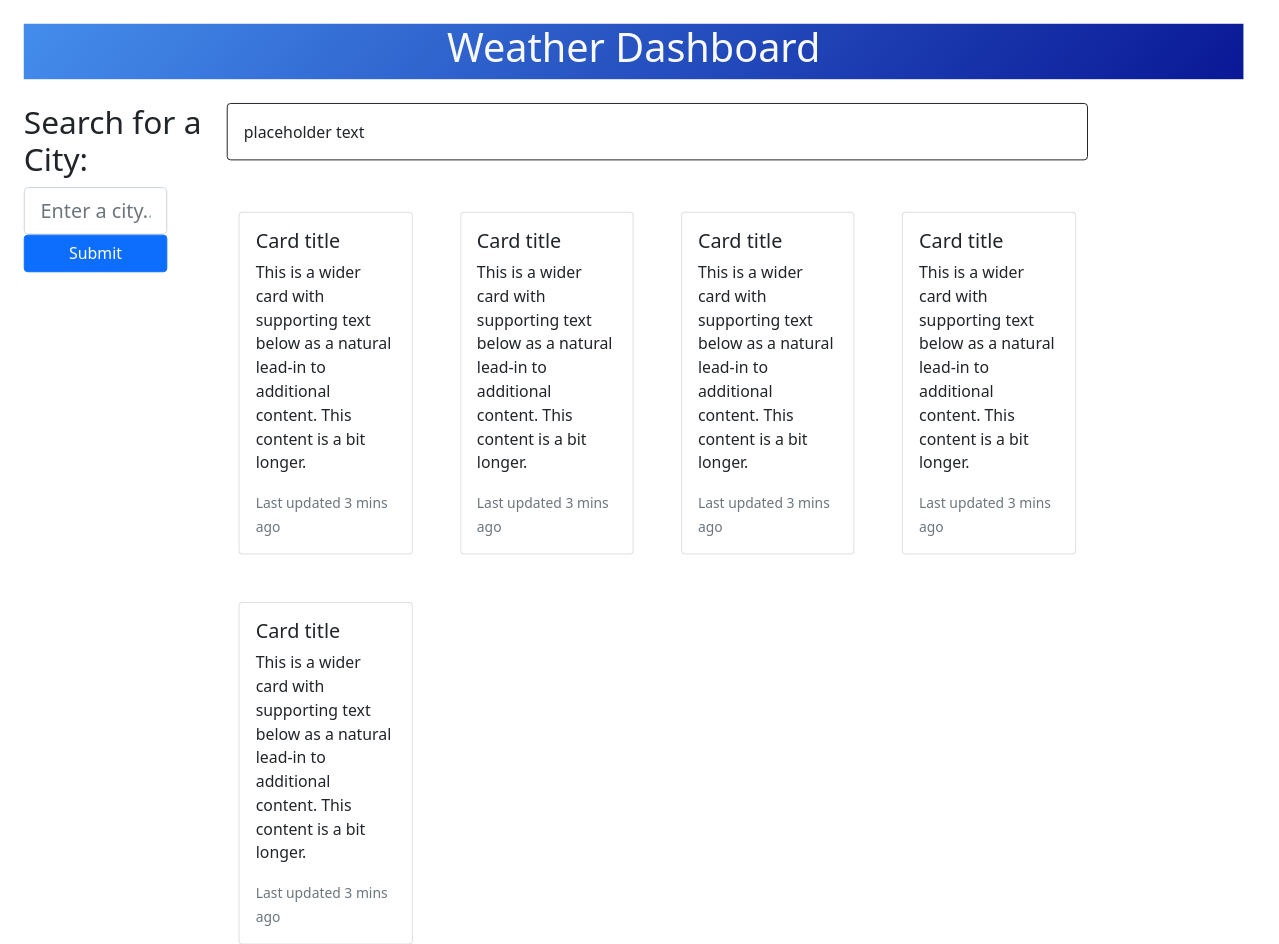
Repository: Brainybrian316/Weather-Dashboard
Page: index.html
An editor plug-in stored every save of this project. The page is shown before and after the next save, followed by the edit.
The browser window is 1280 px wide. The page is 1292 px wide, so the pictures cover 1292 px, including what lies to the right of the window. The pictures show the whole page, at 99% of full size.

Above is the page before, as saved 2022-03-27 01:13:31.

### index.html
<!DOCTYPE html>
<html lang="en">

<head>
    <meta charset="UTF-8">
    <meta http-equiv="X-UA-Compatible" content="IE=edge">
    <meta name="viewport" content="width=device-width, initial-scale=1.0">
    <title>Weather Dashboard</title>
    <link href="https://cdn.jsdelivr.net/npm/bootstrap@5.1.3/dist/css/bootstrap.min.css" rel="stylesheet"
        integrity="sha384-1BmE4kWBq78iYhFldvKuhfTAU6auU8tT94WrHftjDbrCEXSU1oBoqyl2QvZ6jIW3" crossorigin="anonymous" />
    <link rel="stylesheet" href="./assets/css/style.css" />

</head>
<header class="d-flex justify-content-center bg-primary bg-gradient m-4">
    <h1 class="text-light ">Weather Dashboard</h1>
</header>

<body>
    <div class="row">
        <div class="container col-sm-2 ms-4 me-0">
            <h2>Search for a City:</h2>
            <form action="index.php" method="post">
                <input class="form-control form-control-lg w-75" type="text" name="city"
                    placeholder="Enter a city..." />
                <button type="button" class="btn btn-primary w-75">Submit</button>
            </form>
        </div>

        <div class="container col-sm-8 m-0 ">
            <div class="row card border-dark">
                <div class="card-body col">placeholder text</div>
            </div>


            <div class="row row-cols-1 row-cols-sm-4 g-5 mt-1">
                <div class="col">
                    <div class="card">
                        <div class="card-body">
                            <h5 class="card-title">Card title</h5>
                            <p class="card-text">This is a wider card with supporting text below as a natural lead-in to
                                additional content. This content is a bit longer.</p>
                            <p class="card-text"><small class="text-muted">Last updated 3 mins ago</small></p>
                        </div>
                    </div>
                </div>
                <div class="col">
                    <div class="card">
                        <div class="card-body">
                            <h5 class="card-title">Card title</h5>
                            <p class="card-text">This is a wider card with supporting text below as a natural lead-in to
                                additional content. This content is a bit longer.</p>
                            <p class="card-text"><small class="text-muted">Last updated 3 mins ago</small></p>
                        </div>
                    </div>
                </div>
                <div class="col">
                    <div class="card">
                        <div class="card-body">
                            <h5 class="card-title">Card title</h5>
                            <p class="card-text">This is a wider card with supporting text below as a natural lead-in to
                                additional content. This content is a bit longer.</p>
                            <p class="card-text"><small class="text-muted">Last updated 3 mins ago</small></p>
                        </div>
                    </div>
                </div>
                <div class="col">
                    <div class="card">
                        <div class="card-body">
                            <h5 class="card-title">Card title</h5>
                            <p class="card-text">This is a wider card with supporting text below as a natural lead-in to
                                additional content. This content is a bit longer.</p>
                            <p class="card-text"><small class="text-muted">Last updated 3 mins ago</small></p>
                        </div>
                    </div>
                </div>
                <div class="col">
                    <div class="card">
                        <div class="card-body">
                            <h5 class="card-title">Card title</h5>
                            <p class="card-text">This is a wider card with supporting text below as a natural lead-in to
                                additional content. This content is a bit longer.</p>
                            <p class="card-text"><small class="text-muted">Last updated 3 mins ago</small></p>
                        </div>
                    </div>
                </div>
            </div>
        </div>
    </div>
    <script src="https://cdn.jsdelivr.net/npm/bootstrap@5.1.3/dist/js/bootstrap.bundle.min.js"
        integrity="sha384-ka7Sk0Gln4gmtz2MlQnikT1wXgYsOg+OMhuP+IlRH9sENBO0LRn5q+8nbTov4+1p" crossorigin="anonymous">
    </script>
    <script src="./assets/javascript/logic.js"></script>
</body>

</html>

### assets/css/style.css
.bg-primary {
    background: linear-gradient(-50deg, #0a1896, #448dec) !important;
}

Loaded but not shown: assets/javascript/logic.js (no copy from this time; the picture is the same without it)

After the next save:
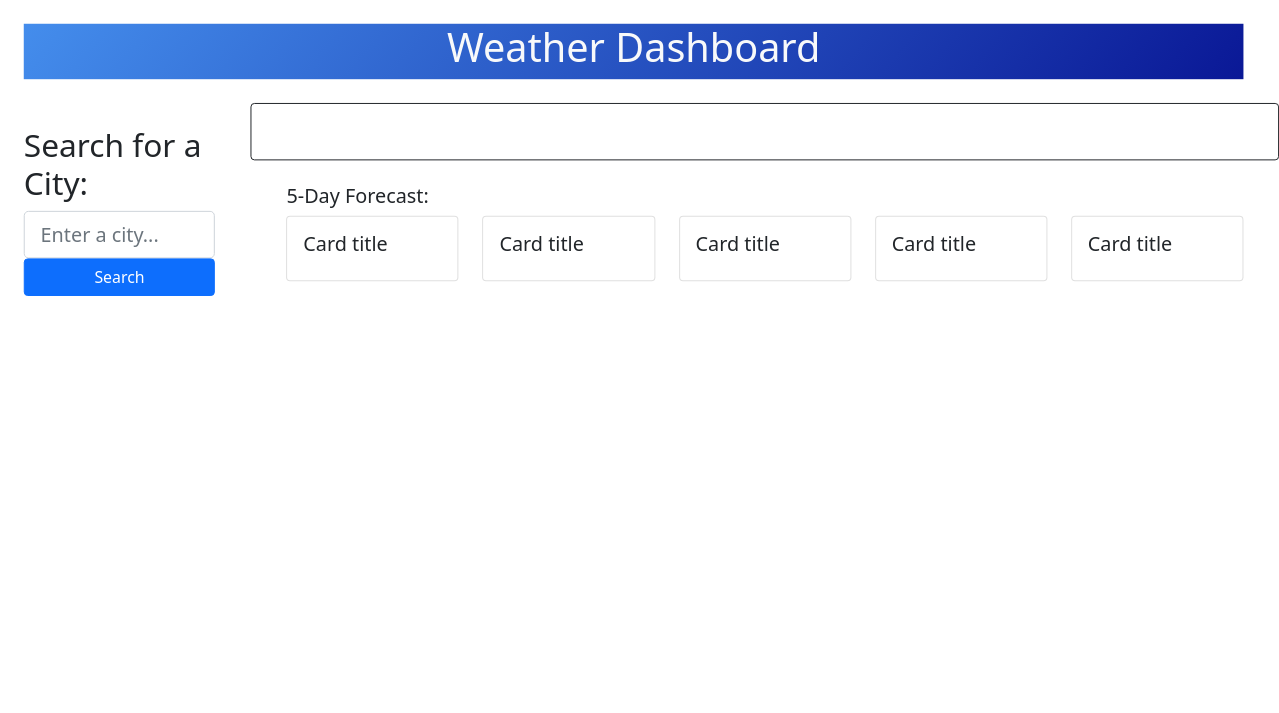
Saved 31 min 11 s later.
--- a/index.html
+++ b/index.html
@@ -17,69 +17,60 @@
 
 <body>
     <div class="row">
-        <div class="container col-sm-2 ms-4 me-0">
+        <div class="container col-sm-2 m-4">
             <h2>Search for a City:</h2>
             <form action="index.php" method="post">
-                <input class="form-control form-control-lg w-75" type="text" name="city"
-                    placeholder="Enter a city..." />
-                <button type="button" class="btn btn-primary w-75">Submit</button>
+                <input class="form-control form-control-lg" type="text" name="city" placeholder="Enter a city..." />
+                <button type="button" class="btn btn-primary w-100">Search</button>
             </form>
         </div>
 
-        <div class="container col-sm-8 m-0 ">
-            <div class="row card border-dark">
-                <div class="card-body col">placeholder text</div>
+        <div class="container col">
+            <div class="row card border-dark mb-4">
+                <div class="card-body col"><span class="placeholder"></span></div>
             </div>
 
-
-            <div class="row row-cols-1 row-cols-sm-4 g-5 mt-1">
-                <div class="col">
-                    <div class="card">
-                        <div class="card-body">
-                            <h5 class="card-title">Card title</h5>
-                            <p class="card-text">This is a wider card with supporting text below as a natural lead-in to
-                                additional content. This content is a bit longer.</p>
-                            <p class="card-text"><small class="text-muted">Last updated 3 mins ago</small></p>
+            <div class="container col">
+                <h5>5-Day Forecast:</h5>
+                <div class="row row-cols-1 row-cols-sm-5 g-4">
+                    <div class="col">
+                        <div class="card">
+                            <div class="card-body">
+                                <h5 class="card-title">Card title</h5>
+                                <p class="card-text"></p>
+                            </div>
                         </div>
                     </div>
-                </div>
-                <div class="col">
-                    <div class="card">
-                        <div class="card-body">
-                            <h5 class="card-title">Card title</h5>
-                            <p class="card-text">This is a wider card with supporting text below as a natural lead-in to
-                                additional content. This content is a bit longer.</p>
-                            <p class="card-text"><small class="text-muted">Last updated 3 mins ago</small></p>
+                    <div class="col">
+                        <div class="card">
+                            <div class="card-body">
+                                <h5 class="card-title">Card title</h5>
+                                <p class="card-text"></p>
+                            </div>
                         </div>
                     </div>
-                </div>
-                <div class="col">
-                    <div class="card">
-                        <div class="card-body">
-                            <h5 class="card-title">Card title</h5>
-                            <p class="card-text">This is a wider card with supporting text below as a natural lead-in to
-                                additional content. This content is a bit longer.</p>
-                            <p class="card-text"><small class="text-muted">Last updated 3 mins ago</small></p>
+                    <div class="col">
+                        <div class="card">
+                            <div class="card-body">
+                                <h5 class="card-title">Card title</h5>
+                                <p class="card-text"></p>
+                            </div>
                         </div>
                     </div>
-                </div>
-                <div class="col">
-                    <div class="card">
-                        <div class="card-body">
-                            <h5 class="card-title">Card title</h5>
-                            <p class="card-text">This is a wider card with supporting text below as a natural lead-in to
-                                additional content. This content is a bit longer.</p>
-                            <p class="card-text"><small class="text-muted">Last updated 3 mins ago</small></p>
+                    <div class="col">
+                        <div class="card">
+                            <div class="card-body">
+                                <h5 class="card-title">Card title</h5>
+                                <p class="card-text"></p>
+                            </div>
                         </div>
                     </div>
-                </div>
-                <div class="col">
-                    <div class="card">
-                        <div class="card-body">
-                            <h5 class="card-title">Card title</h5>
-                            <p class="card-text">This is a wider card with supporting text below as a natural lead-in to
-                                additional content. This content is a bit longer.</p>
-                            <p class="card-text"><small class="text-muted">Last updated 3 mins ago</small></p>
+                    <div class="col">
+                        <div class="card">
+                            <div class="card-body">
+                                <h5 class="card-title">Card title</h5>
+                                <p class="card-text"></p>
+                            </div>
                         </div>
                     </div>
                 </div>
